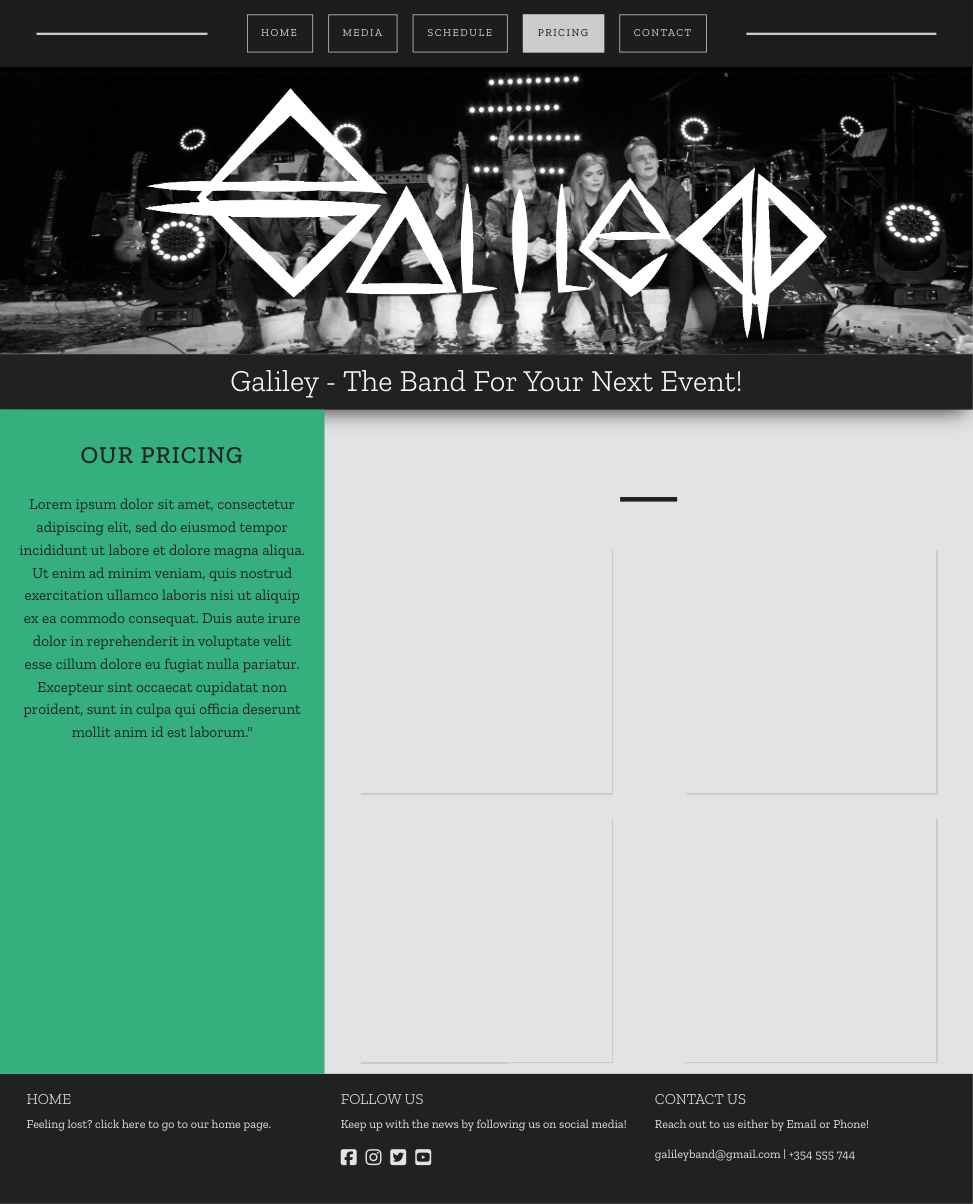
Repository: HeimirDavid/Galiley-Website
Page: pricing.html
The author's editor kept a record of every edit. The page is drawn from the files as they stood at one moment, then again after the next edit.
The browser window is 1280 px wide. The pictures show the whole page, at 76% of full size.
Some web libraries are served in a nearby version.

Above is the page before.

### pricing.html
<!DOCTYPE html>
<html lang="en">

<head>
    <meta charset="UTF-8">
    <meta name="viewport" content="width=device-width, initial-scale=1.0">
    <meta http-equiv="X-UA-Compatible" content="ie=edge">

    <link rel="stylesheet" href="https://stackpath.bootstrapcdn.com/bootstrap/4.3.1/css/bootstrap.min.css" integrity="sha384-ggOyR0iXCbMQv3Xipma34MD+dH/1fQ784/j6cY/iJTQUOhcWr7x9JvoRxT2MZw1T" crossorigin="anonymous">
    <link rel="stylesheet" href="https://cdnjs.cloudflare.com/ajax/libs/hover.css/2.3.1/css/hover-min.css" type="text/css" />
    <link rel="stylesheet" href="assets/css/style.css" type="text/css" />

    <script src="https://code.jquery.com/jquery-3.3.1.slim.min.js" integrity="sha384-q8i/X+965DzO0rT7abK41JStQIAqVgRVzpbzo5smXKp4YfRvH+8abtTE1Pi6jizo" crossorigin="anonymous"></script>
    <script src="https://cdnjs.cloudflare.com/ajax/libs/popper.js/1.14.7/umd/popper.min.js" integrity="sha384-UO2eT0CpHqdSJQ6hJty5KVphtPhzWj9WO1clHTMGa3JDZwrnQq4sF86dIHNDz0W1" crossorigin="anonymous"></script>
    <script src="https://stackpath.bootstrapcdn.com/bootstrap/4.3.1/js/bootstrap.min.js" integrity="sha384-JjSmVgyd0p3pXB1rRibZUAYoIIy6OrQ6VrjIEaFf/nJGzIxFDsf4x0xIM+B07jRM" crossorigin="anonymous"></script>
    <script src="https://kit.fontawesome.com/2ea8c5e5d2.js" crossorigin="anonymous"></script>

    <title>Galiley</title>
</head>

<body>
    <header>
        <!------ Header Navigation Menu, Mainly written with bootstrap  ------>
        <div class="row no-gutters">
            <div class="col black-container">
                <nav class="navbar fixed-top navbar-expand-md navbar-dark bg-dark" id="navbar-black-color"> <!-- Navbar position with help of this  -->
                    <a class="navbar-brand" href="index.html">Galiley - Home</a>                            <!-- tutorial: https://www.youtube.com/watch?v=NzjU1GmKosQ&t=90s  -->
                    <button class="navbar-toggler" type="button" data-toggle="collapse" data-target="#navbarSupportedContent" aria-controls="navbarSupportedContent" aria-expanded="false" aria-label="Toggle navigation">
                    <span class="navbar-toggler-icon"></span></button>
                    <div class="collapse navbar-collapse" id="navbarSupportedContent">
                        <ul class="navbar-nav m-auto">
                            <li class="nav-item menuitem">
                                <a class="nav-link" href="index.html"><span>Home</span></a>
                            </li>
                            <li class="nav-item menuitem">
                                <a class="nav-link" href="media.html"><span>Media</span></a>
                            </li>
                            <li class="nav-item menuitem">
                                <a class="nav-link" href="schedule.html"><span>Schedule</span></a>
                            </li>
                            <li class="nav-item menuitem active-item">
                                <a class="nav-link" href="pricing.html"><span>Pricing</span></a>
                            </li>
                            <li class="nav-item menuitem">
                                <a class="nav-link" href="contact.html"><span>Contact</span></a>
                            </li>
                        </ul>
                    </div>
                </nav>
            </div>
        </div>

        <!------ Header Logo Image ------>
        <div class="logo-container">
            <div class="row no-gutters">
                <div class="col header-background-img">
                    <a href="#">
                    <img class="logo-white" src="assets/images/galiley_vit.png">
                </a>
                </div>
            </div>
        </div>

        <!------ Header Text  ------>
        <div class="row no-gutters">
            <div class="col h1-heading">
                <h1>Galiley - The Band For Your Next Event!</h1>
            </div>
        </div>
    </header>

    <section class="container-fluid">
        <div class="row no-gutters">
            <div class="col-md-4">
                <div class="col-12 green-color text-center pricing-col">
                    <h2 class="header-h2 uppercase">Our Pricing</h2>
                    <p class="p-text">Lorem ipsum dolor sit amet, consectetur adipiscing elit, sed do eiusmod tempor incididunt
                    ut labore et dolore magna aliqua. Ut enim ad minim veniam, quis nostrud exercitation ullamco
                    laboris nisi ut aliquip ex ea commodo consequat. Duis aute irure dolor in reprehenderit in
                    voluptate velit esse cillum dolore eu fugiat nulla pariatur. Excepteur sint occaecat cupidatat
                    non proident, sunt in culpa qui officia deserunt mollit anim id est laborum."</p>
                </div>
            </div>
            <div class="col-md-8">
                <div class="row package-header-row">
                    <div class="col text-center">
                        <h2 class="header-h2 uppercase">Packages</h2>
                        <hr class="block-devider">
                    </div>
                </div>
                <div class="row package-row">
                    <div class="col-10 offset-1 offset-sm-0 col-sm-4 col-md-6 d-flex justify-content-center">
                        <div class="col-10 text-center p-text package-cards">
                            <h4 class="header-h4">Wedding Package</h4>
                            <h5 class="header-h5">350.000 ISK</h5>
                            <ul>
                                <li>Full gear with lights and sound</li>
                                <li>Pre-ceremony live music</li>
                                <li>60 minutes live music at reception</li>
                                <li>2x 90 minutes live music at the party</li>
                            </ul>
                        </div>
                    </div>
                    <div class="col-10 offset-1 offset-sm-0 col-sm-4 col-md-6 d-flex justify-content-center">
                        <div class="col-10 text-center p-text package-cards">
                            <h4 class="header-h4">Wedding Package</h4>
                            <h5 class="header-h5">350.000 ISK</h5>
                            <ul>
                                <li>Full gear with lights and sound</li>
                                <li>Pre-ceremony live music</li>
                                <li>60 minutes live music at reception</li>
                                <li>2x 90 minutes live music at the party</li>
                            </ul>
                        </div>
                    </div>
                    <div class="col-10 offset-1 offset-sm-0 col-sm-4 col-md-6 d-flex justify-content-center">
                        <div class="col-10 text-center p-text package-cards">
                            <h4 class="header-h4">Wedding Package</h4>
                            <h5 class="header-h5">350.000 ISK</h5>
                            <ul>
                                <li>Full gear with lights and sound</li>
                                <li>Pre-ceremony live music</li>
                                <li>60 minutes live music at reception</li>
                                <li>2x 90 minutes live music at the party</li>
                            </ul>
                        </div>
                    </div>
                    <div class="col-10 offset-1 offset-sm-0 col-sm-4 col-md-6 d-flex justify-content-center">
                        <div class="col-10 text-center p-text package-cards">
                            <h4 class="header-h4">Wedding Package</h4>
                            <h5 class="header-h5">350.000 ISK</h5>
                            <ul>
                                <li>Full gear with lights and sound</li>
                                <li>Pre-ceremony live music</li>
                                <li>60 minutes live music at reception</li>
                                <li>2x 90 minutes live music at the party</li>
                            </ul>
                        </div>
                    </div>
                </div>
            </div>
        </div>
    </section>

    <footer>        <!------ Footer section, Mainly structured and written with the help from CI tutorials from the Resume-Project.
                             Since i liked the design and strucure and felt that it fits well within this project. ------>
        <div class="container-fluid">
            <div class="row" id="footer-details">
                <div class="col-sm-4">
                    <h5 class="uppercase footer-heading">
                        <a href="index.html" class="footer-links">Home</a>
                    </h5>
                    <p class="inline-block">Feeling lost? click here to go to our home page.</p>
                </div>

                <div class="col-sm-4">
                    <h5 class="uppercase footer-heading">Follow Us</h5>
                    <p class="inline-block">Keep up with the news by following us on social media!</p>
                    <ul class="list-inline social-media-links">
                        <li class="list-inline-item">
                            <a class="footer-links" target="_blank" href="https://www.facebook.com/GalileyBand/">
                                <i class="fab fa-facebook-square"></i>
                                <span class="sr-only">Facebook</span>
                            </a>
                        </li>
                        <li class="list-inline-item">
                            <a class="footer-links" target="_blank" href="#">
                                <i class="fab fa-instagram"></i>
                                <span class="sr-only">Instagram</span>
                            </a>
                        </li>
                        <li class="list-inline-item">
                            <a class="footer-links" target="_blank" href="#">
                                <i class="fab fa-twitter-square"></i>
                                <span class="sr-only">Twitter</span>
                            </a>
                        </li>
                        <li class="list-inline-item">
                            <a class="footer-links" target="_blank" href="#">
                                <i class="fab fa-youtube-square"></i>
                                <span class="sr-only">Youtube</span>
                            </a>
                        </li>
                    </ul>
                </div>

                <div class="col-sm-4">
                    <h5 class="uppercase footer-heading">Contact Us</h5>
                    <p class="inline-block">Reach out to us either by Email or Phone!</p>
                    <p>galileyband@gmail.com | +354 555 744</p>
                </div>
            </div>
        </div>
    </footer>
</body>

</html>

### assets/css/style.css
@import url('https://fonts.googleapis.com/css?family=Zilla+Slab:300,400,500,600,700&display=swap');

html {
    scroll-behavior: smooth;
}

body {
    font-family: 'Zilla Slab', serif;
    background-color: #e3e3e3;
    overflow-x: hidden;
}

/*--------------------------------- Colour */

.green-color {
    background-color: #35af7e;
}

.grey-color {
    background-color: #c5c5c5;
}

.grey-blue {
    background-color: #76809a;
}
/*------------------------------- Special padding/margins/text */

h1, h2, h3, h4, h5 {
    margin: 0;
}

.uppercase {
    text-transform: uppercase;
}

.inline-block {
    display: inline-block;
}

.block-devider {
    width: 75px;
    height: 5px;
    background-color: #212121;
}

.block-devider-white {
    width: 75px;
    height: 5px;
    background-color: #e3e3e3;
}

.text-center {
    text-align: center;
}

.item-center {
    item-align: center;
}

.gotop-col {
    padding: 20px;
}

.gotopbtn {
    text-align: center;
    text-decoration: none;
    color: #212121;
    font-size: 1.5em;
    margin: 20px 20px;
    transition: ease-in-out 0.3s;
    -moz-transition: ease-in-out 0.3s;
    -webkit-transition: ease-in-out 0.3s;
    -o-transition: ease-in-out 0.3s;
}

.gotopbtn:hover {
    color: #a5a5a5;
    text-decoration: none;
}

.container-fluid {
    padding: 0;
}

.row {
    margin-right: 0;
    margin-left: 0;
}

/*--------------------------------- Headings text styles */

.header-h2 {
    font-weight: 500;
    padding: 10px 10px 20px 10px;
    letter-spacing: 1.5px;
}

.header-h3

.header-h4 {
    font-weight: 400;
    letter-spacing: 0.8px;
    font-size: 28px;
    padding: 10px;
}

.header-h5 {
    font-weight: 400;
    font-size: 24px;
    letter-spacing: 0.8px;
    padding: 10px;
}

/*--------------------------------- Navbar/Menu */

.navbar {
    opacity: 0.9;
    text-align: center;
    padding-bottom: 1.2em;
}

.menuitem {
    height: 50px;
    text-align: center;
    padding-left: 10px;
    padding-right: 10px;
    margin: 0px 10px 0px 10px;
    border: 1px solid #e3e3e3;
    transition: ease-in-out 0.3s;
    -moz-transition: ease-in-out 0.3s;
    -webkit-transition: ease-in-out 0.3s;
    -o-transition: ease-in-out 0.3s;
}

.menuitem a {
    width: 100%;
    text-decoration: none;
    color: #e3e3e3;
}

.menuitem a i {
    padding-top: 22px;
    display: block;
    color: #e3e3e3;
    font-size: 26px;
}

.menuitem span {
    display: block;
    width: 100%;
    padding-top: 5px;
    text-align: center;
    text-transform: uppercase;
    font-size: 14px;
    font-weight: 400;
    letter-spacing: 2px;
    transition: ease-in-out 0.3s;
    -moz-transition: ease-in-out 0.3s;
    -webkit-transition: ease-in-out 0.3s;
    -o-transition: ease-in-out 0.3s;
    color: #e3e3e3;

}

.menuitem:hover {
    background-color: #e3e3e3;
}

.menuitem:hover.menuitem span {
    color: #212121;
}

.navbar::before,     /* Before and After used from inspiration of this tutorial: https://www.youtube.com/watch?v=zGiirUiWslI   */
.navbar::after {
    content: "";
    margin-left: 2em;
    margin-right: 2em;
    width: 18%;
    height: 0.2em;
    background-color: #e3e3e3;
}

.navbar-nav .active-item span {
    color: #212121;
}

.navbar-nav .active-item {
    background-color: #e3e3e3;
}

.navbar::after {
    width: 20%;
}

.fixed-top {
    padding-top: 1.2em;
}

.navbar-brand {
    display: none;
}

#navbar-black-color {
    background-color: #212121!important;
}




/*--------------------------------- Header */

.black-container {
    position: relative;
    top: 0;
    left: 0;
    width: 100%;
    height:6em;
    background-color: #000;
}

.h1-heading {
    color: #fafafa;
    padding: 10px 0px 15px 0px;
    text-align: center;
    background-color: #212121;
    box-shadow: 0px 10px 30px -10px #212121;
}

.h1-heading h1 {
    font-weight: 300;
}

.header-background-img {
    display: block;
    background-image: url("../images/galiley_diddi.jpg");
    padding: 20px;
    background-size: cover;
}

/*
.logo-container {
    margin-top: 7%;
}
*/

.logo-white {
    opacity: 1.9;
    display: block;
    margin-left: auto;
    margin-right: auto;
    width: 70%;
}

/*--------------------------------- Footer */

footer {
    background-color: #212121;
    color: #e3e3e3;
    min-height: 100px;
    margin: 0;
}

.footer-heading {
    font-weight: 300;
    text-decoration: none;
    margin-bottom: 10px;
}

.footer-heading a {
    transition: ease-in-out 0.3s;
    -moz-transition: ease-in-out 0.3s;
    -webkit-transition: ease-in-out 0.3s;
    -o-transition: ease-in-out 0.3s;
}

.footer-heading a:hover {
    color: #a5a5a5;
    text-decoration: none;
}

.footer-links {
    color: #e3e3e3;
}

.social-media-links {
    padding-bottom: 10px;
}

.social-media-links li a i {
    font-size: x-large;
    padding: 10px 0px;
    line-height: 10px;
    transition: ease-in-out 0.3s;
    -moz-transition: ease-in-out 0.3s;
    -webkit-transition: ease-in-out 0.3s;
    -o-transition: ease-in-out 0.3s;
}

.social-media-links li a i:hover {
    color: #35af7e;
}

#footer-details {
    padding: 20px;
}

/*--------------------------------- About - Section / What we offer - Section */

.about-offer-row {
    padding: 20px 0px;
}

.p-text {
    font-size: 20px;
    padding: 10px 10px 20px 10px;
}

.about-row {
    padding: 60px 10px 20px 10px;
}

.offer-card {
    background-color: #212121;
    color: #e3e3e3;
    padding: 20px;
    margin-bottom: 45px;
    box-shadow: 3px 3px 15px 0px #000;
    opacity: 0.9;
}

/*--------------------------------- Reviews - section */

.review-header {
    background-color: #212121;
    color: #fafafa;
    padding: 10px 0px 15px 0px;
    text-align: center;
    box-shadow: 0px 1px 10px 1px #212121;
}

.review-header h2 {
    font-weight: 300;
}

.review-cards {
    background-color: #212121;
    color: #e3e3e3;
    opacity: 0.9;
    max-width: 250px;
    padding: 20px;
    margin: 30px;
    margin-right: auto;
    margin-left: auto;
    text-align: center;
    border-radius: 10px;
    box-shadow: 5px 5px 15px 0px #212121;
}

.cards-header {
    font-weight: 300;
    letter-spacing: 0.8px;
    margin-bottom: 15px;
}

.review-p {
    font-size: 18px;
    font-weight: 200;
    letter-spacing: 0.8px;
}

/*--------------------------------- Setlist Section / Video Section */

.spotify-header-row {
    background-color: #35af7e;
}

.media-header {
    padding: 20px;
    font-weight: 300;
    font-size: 38px;
}

.spotify-row {
    margin-bottom: 40px;
}

.setlist-header-col {
    color: #000;
    padding: 30px;
}

.media-h4 {
    font-weight: 300;
    font-size: 30px;
    padding: 10px;
}

.media-p {
    font-size: 22px;
    font-weight: 300;
}

.spotify-col {
    color: #e3e3e3;
    background-color: rgba(0, 0, 0, 0.5);
    margin: auto;
    margin-top: 20px;
    padding: 20px 10px 0px 10px;
    max-width: 300px;
    border-radius: 12px;
    border-radius: 10px;
    box-shadow: 5px 5px 15px 0px #212121;
}

.spotify-col::before {
    content: "";
    top: 0;
    left: 0;
    background-color: #212121;
    height: 100px;
    width: 1em;
}

.spotify-player {
    opacity: .96;
}

.video-header-col {
    background-color: #212121;
    color: #e3e3e3;
    padding: 20px 0px;
    box-shadow: 0px 10px 30px -10px #212121;
}

.youtube-col {
    padding: 10px;
}

.youtube-container {  /*   Code copied to make youtube player responsive. Source: https://avexdesigns.com/responsive-youtube-embed/    */
position: relative;
padding-bottom: 56.25%;
padding-top: 30px; height: 0; overflow: hidden;
}

.youtube-container iframe,
.youtube-container object,
.youtube-container embed {
position: absolute;
top: 0;
left: 0;
width: 100%;
height: 100%;
}

/*--------------------------------- Pricing */

.pricing-col {
    padding-top: 30px;
    height: 100%;
}

.package-header-row {
    padding-top: 30px;
    color: #e3e3e3;
}

.package-row {
    padding-top: 30px;
    color: #e3e3e3;
}

.package-cards {
    box-shadow: 1px 1px 1px 1px #cacaca;
    padding: 20px 10px;
    margin-top: 15px;
    margin-bottom: 15px;
}

.package-cards ul {
    list-style: none;
    padding:0;
}

.package-cards ul li {
        margin: 10px 0px;
}
/*--------------------------------- Media Queries */

@media (max-width: 767px) {
    .navbar::before,
    .navbar::after {
        display: none;
    }

    .navbar-brand {
        display: block;
    }

    .fixed-top {
        padding: 1em;
    }

    .reviews-container {
        background-color: #e3e3e3;
    }

    .reviews-container {
        background: #e3e3e3;
    }
}

@media (min-width: 767px) {

    /* Images use and fixed image website layout inspiried by this tutorial: https://www.youtube.com/watch?v=PWoOpJtkyjI */
    #about-image { /* Image from unsplash taken by Luca Baggio */
        background-image: url("../images/about-background.jpg");
        background-attachment: fixed;
        background-size: cover;
        height: 120vh;
        width: 100%;
    }

    #spotify-background-img {
        background-image: url("../images/spotify-background-img.jpg");
        background-attachment: fixed;
        background-size: cover;
        height: 120vh;
        width: 100%;
    }

    #offer-image {
        background-image: url("../images/galiley-offer.jpg");
        background-attachment: scroll;
        background-size: cover;
        height: 100%;
        width: 100%;
        box-shadow: 0px -3px 7px 0px;
    }

    #packages-img {
        background-image: url("../images/packages-img.jpg");
        background-attachment: scroll;
        background-size: cover;
        height: 100%;
        width: 100%;
    }

    .green-black-img {
        background-image: url("../images/setlist-background.png");
        background-attachment: fixed;
        background-size: cover;
        box-shadow: 0px -3px 7px 0px;
    }

    .about-offer-row {
    padding: 60px 10px 20px 10px;
    }

    .youtube-row {
        padding-top: 50px;
    }

    .youtube-col {
        padding: 10px 100px;
    }
}

@media (min-width: 767px) and (max-width: 1000px) {
    #about-image {
        background-image: url("../images/about-background.jpg");
        background-attachment: fixed;
        background-size: cover;
        height: 200vh;
        width: 100%;
    }

        #spotify-background-img {
        background-image: url("../images/spotify-background-img.jpg");
        background-attachment: fixed;
        background-size: cover;
        height: 250vh;
        width: 100%;
    }
}

@media (max-width: 576px) {
    /* To get rid of padding and margin to link up "Offer section" and "reviews section" in mobile view */
    .about-offer-row {
    padding-top: 20px;
    }

    .offer-card {
        margin: 0;
    }
}

After the next edit:
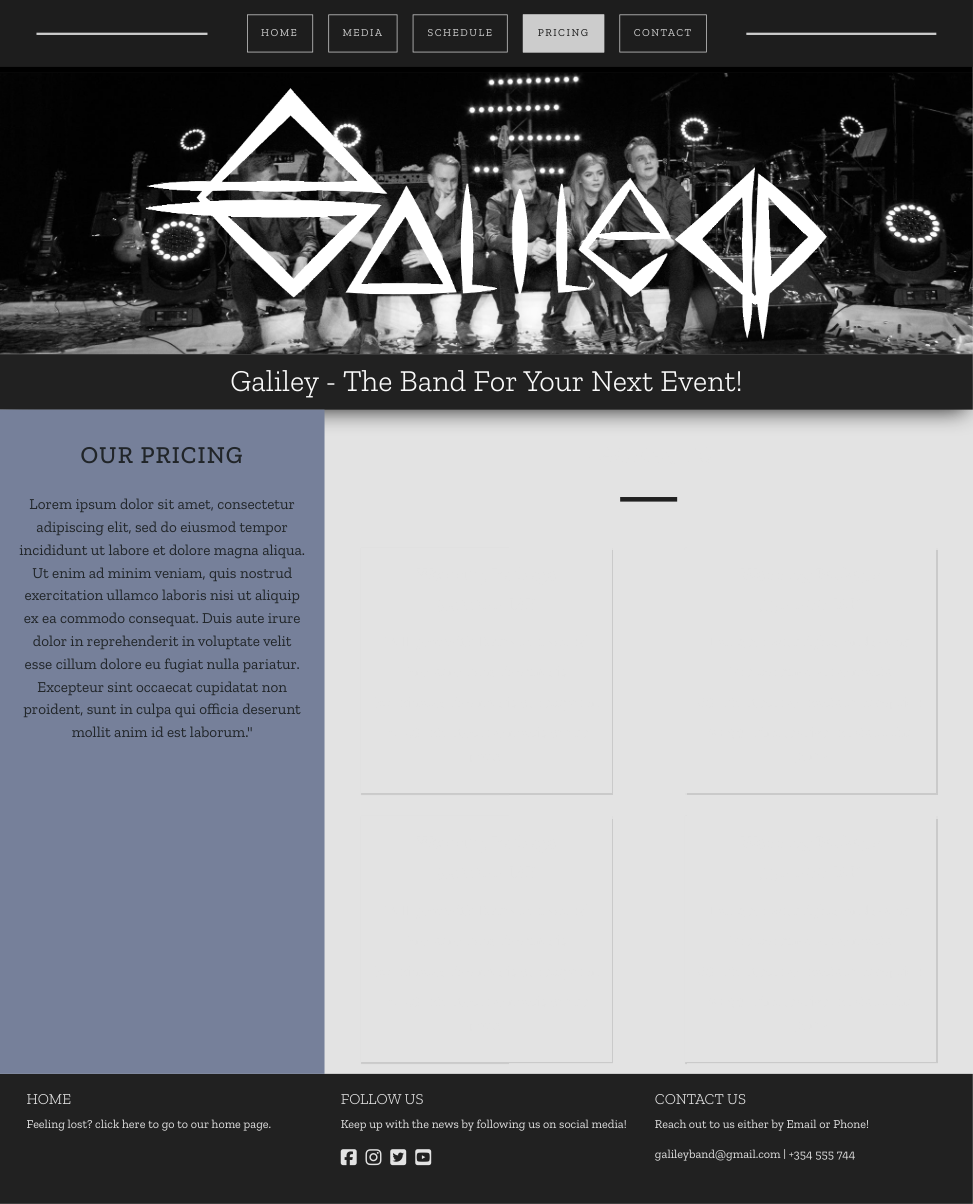
The edit:
--- a/pricing.html
+++ b/pricing.html
@@ -72,7 +72,7 @@
     <section class="container-fluid">
         <div class="row no-gutters">
             <div class="col-md-4">
-                <div class="col-12 green-color text-center pricing-col">
+                <div class="col-12 grey-blue text-center pricing-col">
                     <h2 class="header-h2 uppercase">Our Pricing</h2>
                     <p class="p-text">Lorem ipsum dolor sit amet, consectetur adipiscing elit, sed do eiusmod tempor incididunt
                     ut labore et dolore magna aliqua. Ut enim ad minim veniam, quis nostrud exercitation ullamco
